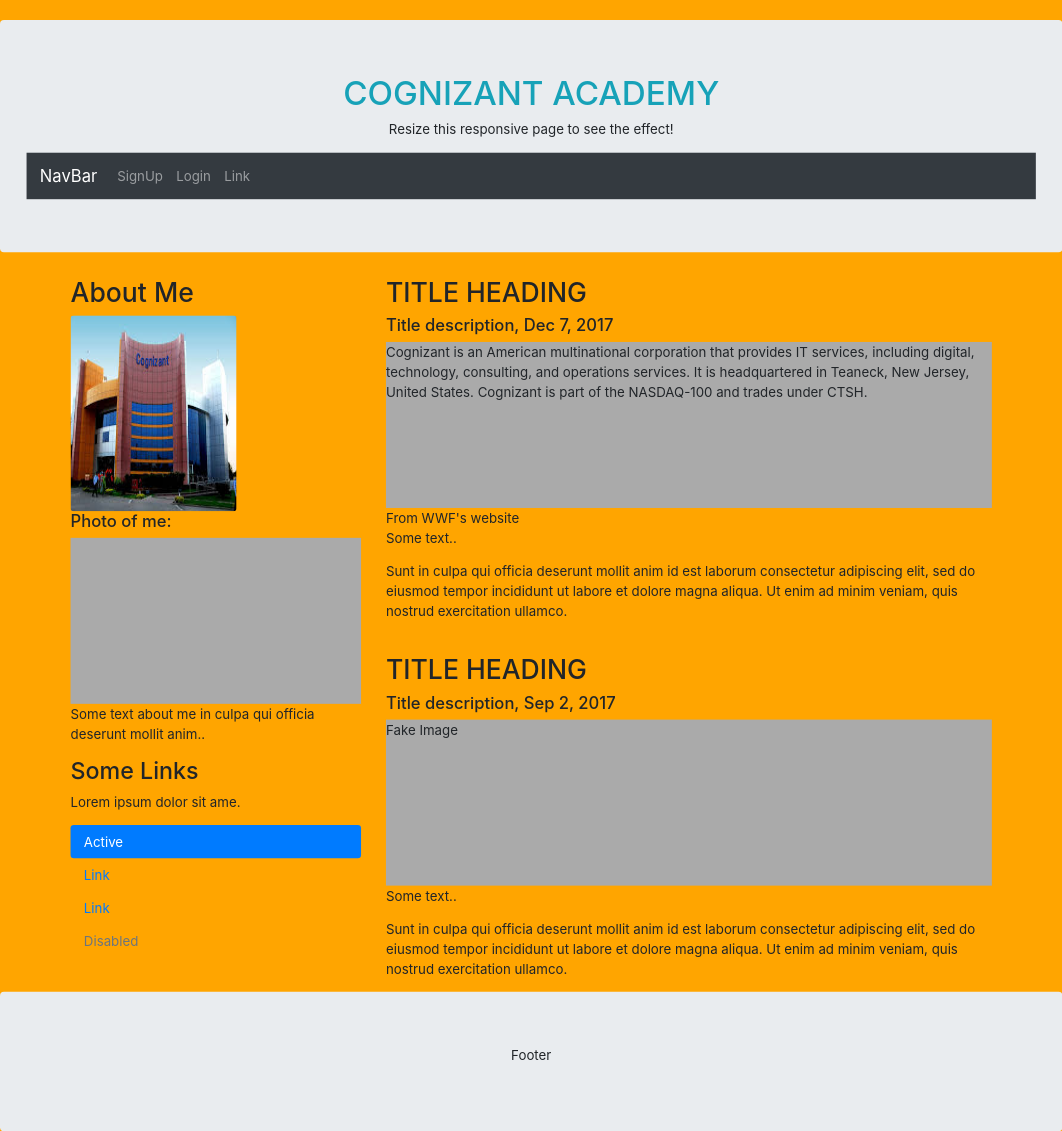
Repository: Ushaswee/cognizant1
Page: BootstrapPro/WebContent/Bootstrap/BsTemplate.html
The author's editor kept a copy of each file at every save. The page is drawn from the files as they stood at one save, then again after the next save.
The browser window is 1280 px wide. The pictures show the whole page, at 83% of full size.

Above is the page before, as saved 2020-01-18 12:16:56.

### BootstrapPro/WebContent/Bootstrap/BsTemplate.html
<!DOCTYPE html>
<html lang="en">
<head>
  <title>Bootstrap 4 WebSite Example</title>
  <meta charset="utf-8">
  <meta name="viewport" content="width=device-width, initial-scale=1">
  <link rel="stylesheet" href="https://maxcdn.bootstrapcdn.com/bootstrap/4.4.1/css/bootstrap.min.css">
  <script src="https://ajax.googleapis.com/ajax/libs/jquery/3.4.1/jquery.min.js"></script>
  <script src="https://cdnjs.cloudflare.com/ajax/libs/popper.js/1.16.0/umd/popper.min.js"></script>
  <script src="https://maxcdn.bootstrapcdn.com/bootstrap/4.4.1/js/bootstrap.min.js"></script>
  <style>
  .fakeimg {
    height: 200px;
    background: #aaa;
  }
  body{
  background-color:orange;
    }
  </style>
</head>
<body>
​
<div class="jumbotron text-center" style="margin-bottom:0">
  <h1 class="text-info">COGNIZANT ACADEMY </h1>
  <p>Resize this responsive page to see the effect!</p>
<nav class="navbar navbar-expand-sm bg-dark navbar-dark">
  <a class="navbar-brand" href="#">NavBar</a>
  <button class="navbar-toggler" type="button" data-toggle="collapse" data-target="#collapsibleNavbar">
    <span class="navbar-toggler-icon"></span>
  </button>
  <div class="collapse navbar-collapse" id="collapsibleNavbar">
    <ul class="navbar-nav">
    <li class="nav-item">
        <a class="nav-link" href="#">SignUp</a>
      </li>
      <li class="nav-item">
        <a class="nav-link" href="#">Login</a>
      </li>
      <li class="nav-item">
        <a class="nav-link" href="#">Link</a>
      </li>
  </div>
</nav>
    </ul>
  </div>
</nav>

<div class="container" style="margin-top:30px">
  <div class="row">
    <div class="col-sm-4">
      <h2>About Me</h2>
      <img src="data:[embedded picture, 14939 characters]" class="rounded" width="200" height="236">
      <h5>Photo of me:</h5>
      <div class="fakeimg">

      </div>
      <p>Some text about me in culpa qui officia deserunt mollit anim..</p>
      <h3>Some Links</h3>
      <p>Lorem ipsum dolor sit ame.</p>
      <ul class="nav nav-pills flex-column">
        <li class="nav-item">
          <a class="nav-link active" href="#">Active</a>
        </li>
        <li class="nav-item">
          <a class="nav-link" href="#">Link</a>
        </li>
        <li class="nav-item">
          <a class="nav-link" href="#">Link</a>
        </li>
        <li class="nav-item">
          <a class="nav-link disabled" href="#">Disabled</a>
        </li>
      </ul>
      <hr class="d-sm-none">
    </div>
    <div class="col-sm-8">
      <h2>TITLE HEADING</h2>
      <h5>Title description, Dec 7, 2017</h5>
      <div class="fakeimg">
      <blockquote>Cognizant is an American multinational corporation that provides IT services, including digital, technology, consulting, and operations services. It is headquartered in Teaneck, New Jersey, United States. Cognizant is part of the NASDAQ-100 and trades under CTSH.</div>
      From WWF's website
  </blockquote>
      <p>Some text..</p>
      <p>Sunt in culpa qui officia deserunt mollit anim id est laborum consectetur adipiscing elit, sed do eiusmod tempor incididunt ut labore et dolore magna aliqua. Ut enim ad minim veniam, quis nostrud exercitation ullamco.</p>

      <br>
      <h2>TITLE HEADING</h2>
      <h5>Title description, Sep 2, 2017</h5>
      <div class="fakeimg">Fake Image</div>
      <p>Some text..</p>
      <p>Sunt in culpa qui officia deserunt mollit anim id est laborum consectetur adipiscing elit, sed do eiusmod tempor incididunt ut labore et dolore magna aliqua. Ut enim ad minim veniam, quis nostrud exercitation ullamco.</p>
    </div>
  </div>
</div>

<div class="jumbotron text-center" style="margin-bottom:0">
  <p>Footer</p>
</div>

</body>
</html>

After the next save:
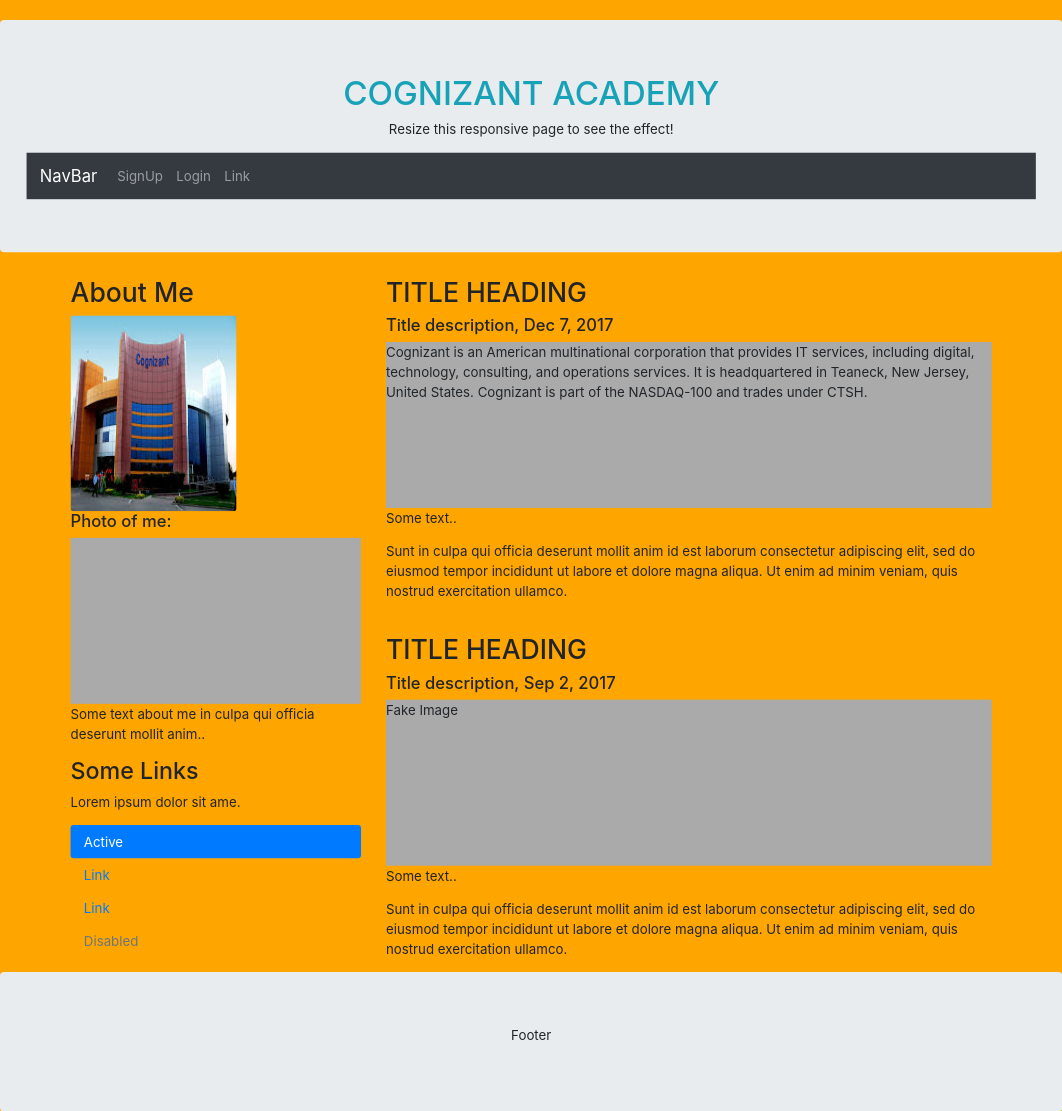
Saved 32 s later.
--- a/BootstrapPro/WebContent/Bootstrap/BsTemplate.html
+++ b/BootstrapPro/WebContent/Bootstrap/BsTemplate.html
@@ -77,9 +77,7 @@
       <h2>TITLE HEADING</h2>
       <h5>Title description, Dec 7, 2017</h5>
       <div class="fakeimg">
-      <blockquote>Cognizant is an American multinational corporation that provides IT services, including digital, technology, consulting, and operations services. It is headquartered in Teaneck, New Jersey, United States. Cognizant is part of the NASDAQ-100 and trades under CTSH.</div>
-      From WWF's website
-  </blockquote>
+      Cognizant is an American multinational corporation that provides IT services, including digital, technology, consulting, and operations services. It is headquartered in Teaneck, New Jersey, United States. Cognizant is part of the NASDAQ-100 and trades under CTSH.</div>
       <p>Some text..</p>
       <p>Sunt in culpa qui officia deserunt mollit anim id est laborum consectetur adipiscing elit, sed do eiusmod tempor incididunt ut labore et dolore magna aliqua. Ut enim ad minim veniam, quis nostrud exercitation ullamco.</p>
 
